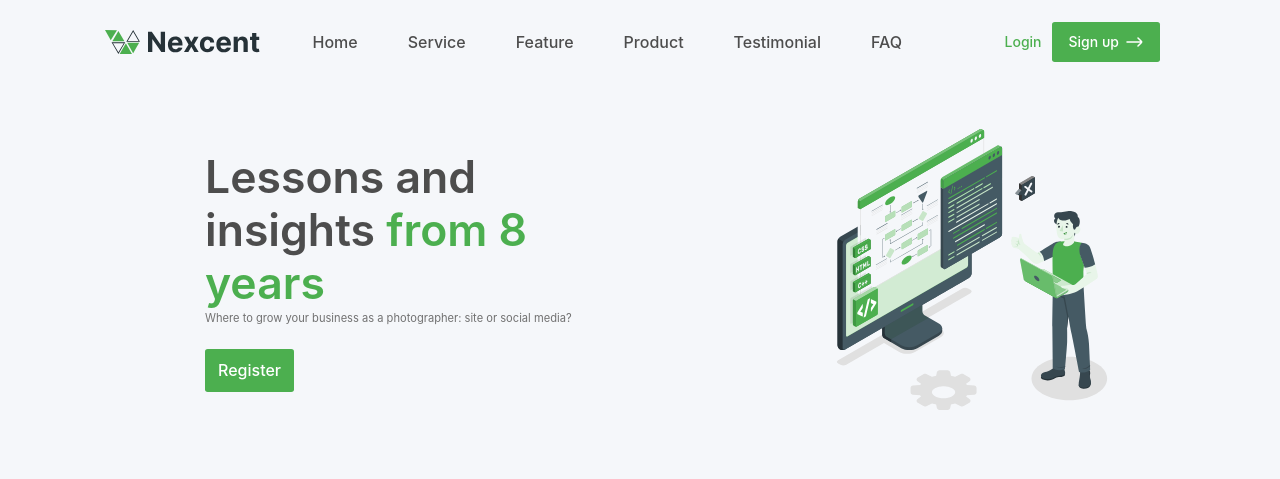
Repository: kubrazamanova/Folder4
Page: homePage/index.html
The author's editor kept a copy of each file at every save. The page is drawn from the files as they stood at one save, then again after the next save.
The browser window is 1280 px wide. The pictures show the whole page.

Above is the page before, as saved 2023-11-11 11:48:16.

After the next save:
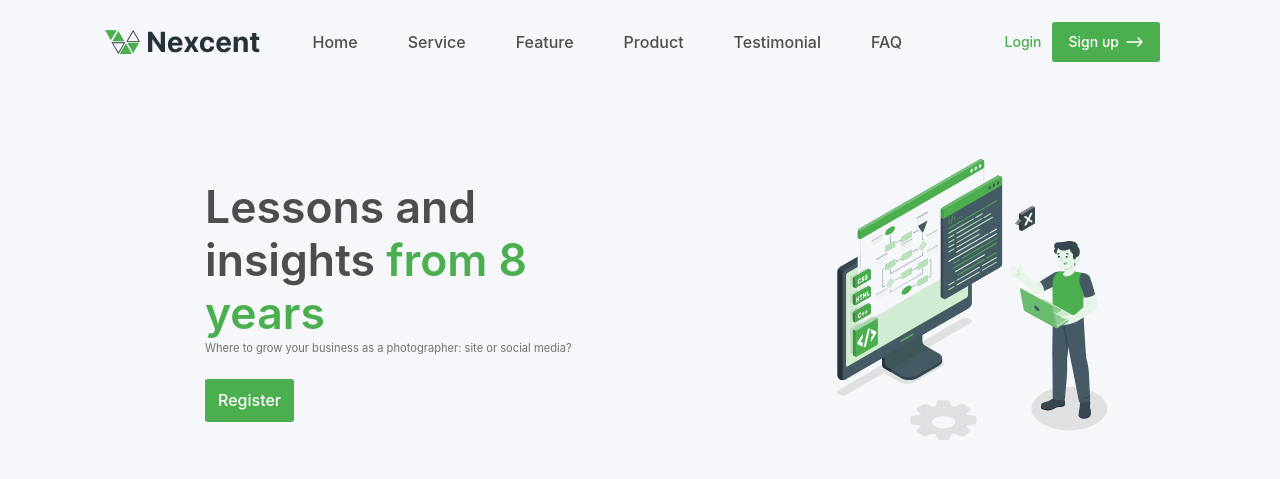
Saved 66 s later.
--- a/homePage/index.css
+++ b/homePage/index.css
@@ -84,7 +84,7 @@ text-decoration: none;
   display: flex;
   justify-content: space-between;
   align-items: center;
-  padding: 66px 52px 66px 100px;
+  padding: 96px 52px 66px 100px;
 }
 
 .container .box2 .left-side h1 {
